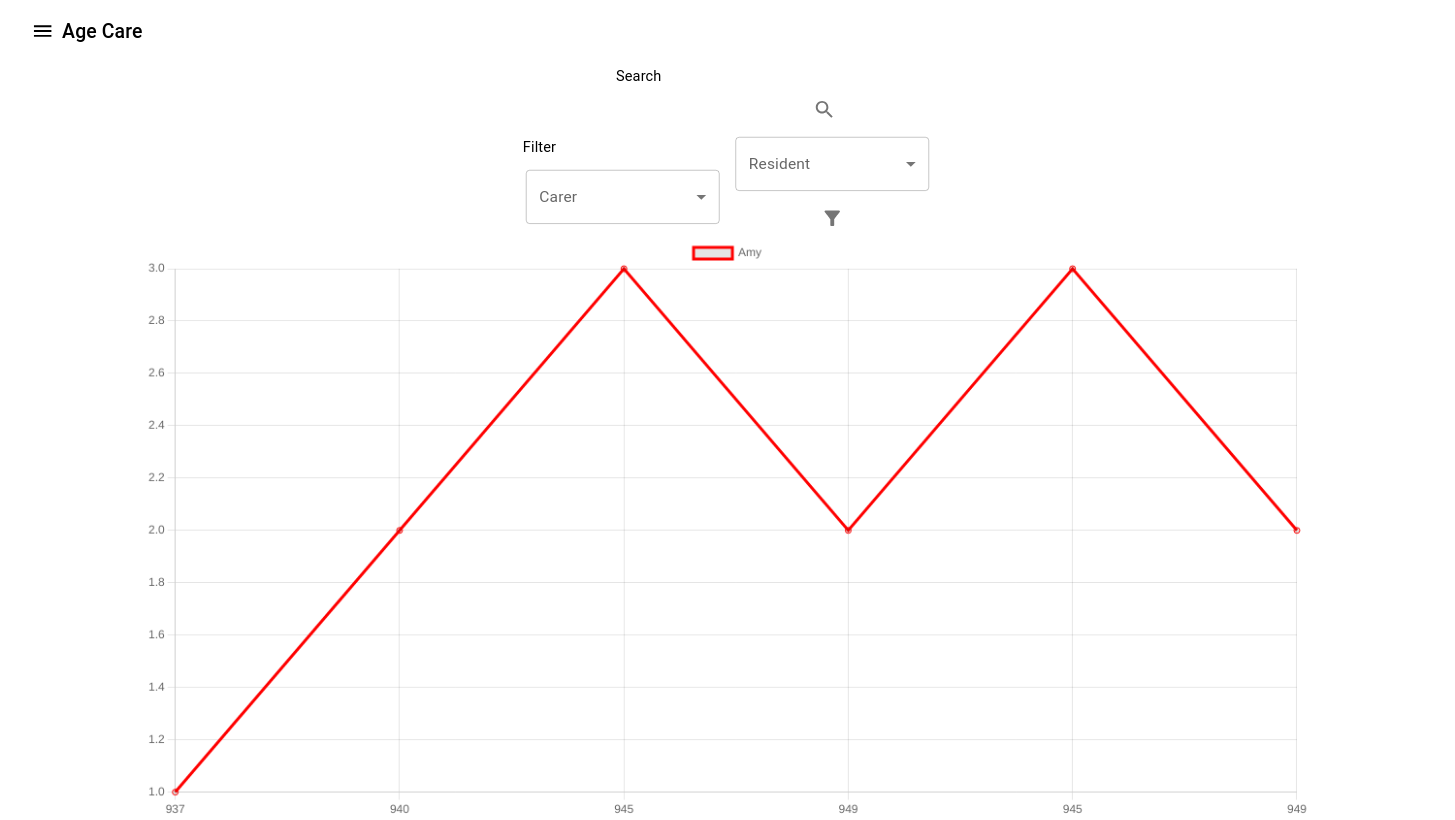
Repository: kimchybob/age_care
Page: /, after clicking the first element matching `button.css-78trlr-MuiButtonBase-root-MuiIconButton-root`
These files come from the project's save history. The page is drawn as it stood at one moment and after the next save; the edit follows.
The browser window is 1280 px wide. The page is 1500 px wide, so the pictures cover 1500 px, including what lies to the right of the window. The pictures show the whole page, at 97% of full size.
The project was rebuilt for these pictures with package versions that can differ from the ones it lists, and the page was loaded fresh each time. Also part of the build but not shown: src/Components/TimeSelecter.js, src/Components/SingleSelectList.js, src/Components/TableChart.js, src/Pages/DataGridPage.js.

Above is the page before, as saved 2022-03-23 22:45:29.

After the next save:
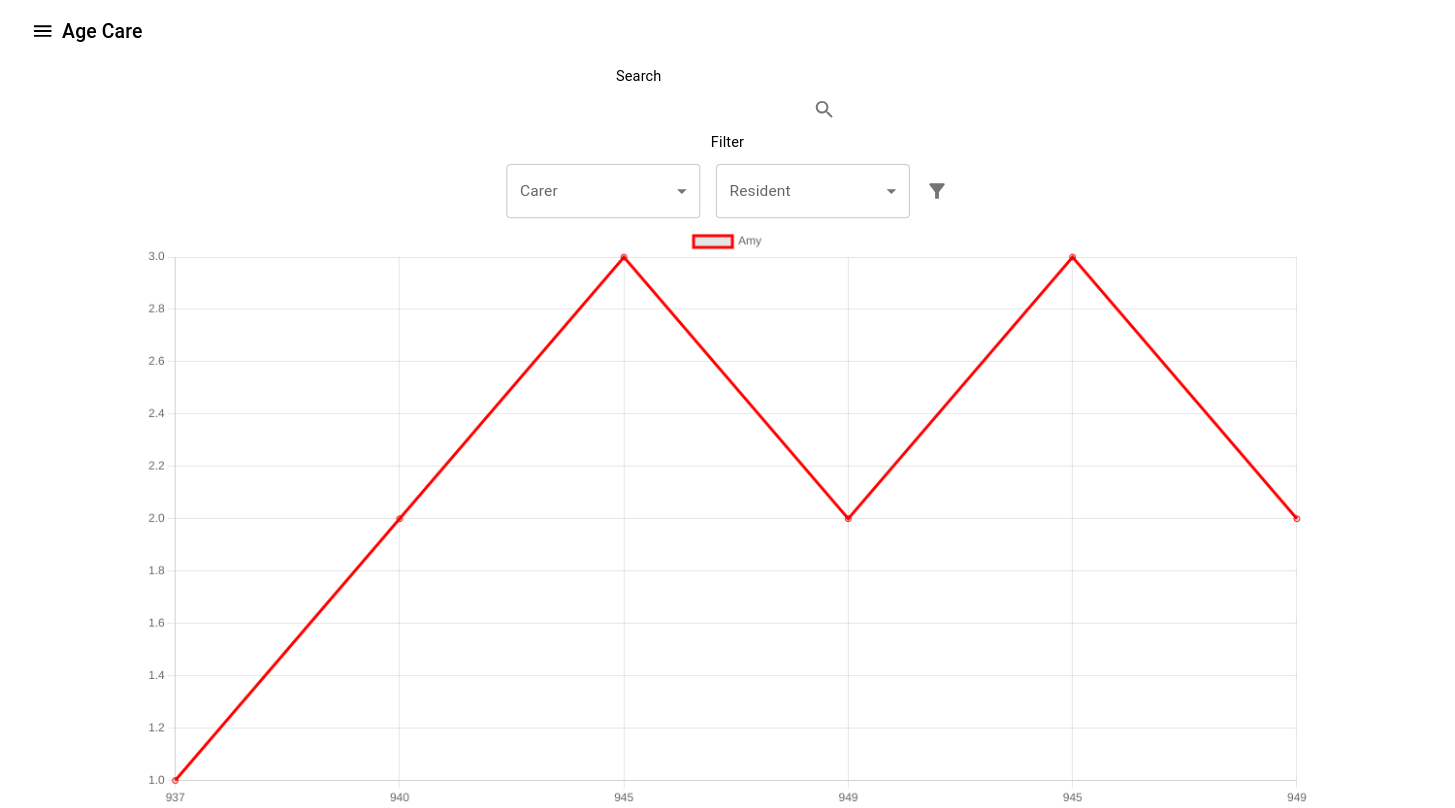
Saved 24 s later.
--- a/src/Pages/ChartPage.js
+++ b/src/Pages/ChartPage.js
@@ -65,6 +65,11 @@ function ChartPage(){
           justifyContent="center"
           alignItems="center"
         >
+          <Typography
+            component="legend"
+            textAlign={"left"}
+            margin={"3px"}
+            fontSize={"15px"}>Filter</Typography>
           <Grid
             item
             container
@@ -73,19 +78,12 @@ function ChartPage(){
             alignItems="center"
           >
             <Grid item>
-              <Typography
-              component="legend"
-              textAlign={"left"}
-              margin={"3px"}
-              fontSize={"15px"}>Filter</Typography>
               <MultiSelectList label={"Carer"}/>
             </Grid>
-            <Grid item>
-              <MultiSelectList label={"Resident"}/>
-              <IconButton onClick={filterClicked}>
-                  <FilterAltIcon/>
-              </IconButton>
-            </Grid>
+            <MultiSelectList label={"Resident"}/>
+            <IconButton onClick={filterClicked}>
+                <FilterAltIcon/>
+            </IconButton>
           </Grid>
           <Grid item width={1200}>
             <LineChart chartData={userData}/>
